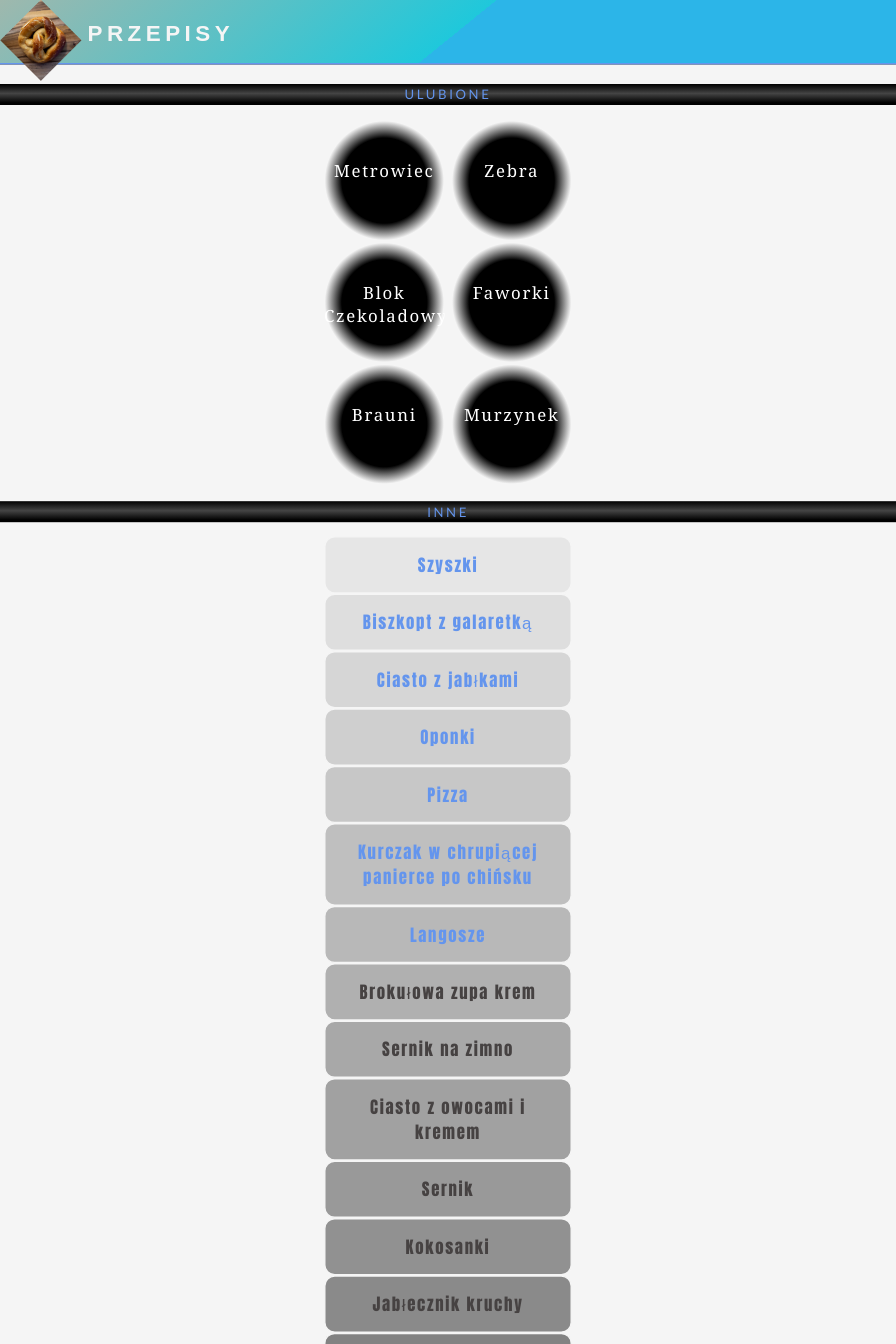
Repository: yaoayh/przepisy
Page: index.html
An editor plug-in stored every save of this project. The page is shown before and after the next save, followed by the edit.
The browser window is 1280 px wide. The pictures show the part of the page from y = 0 to 1920 px (the page is 3147 px tall), at 70% of full size.

Above is the page before, as saved 2020-08-14 01:12:25.

After the next save:
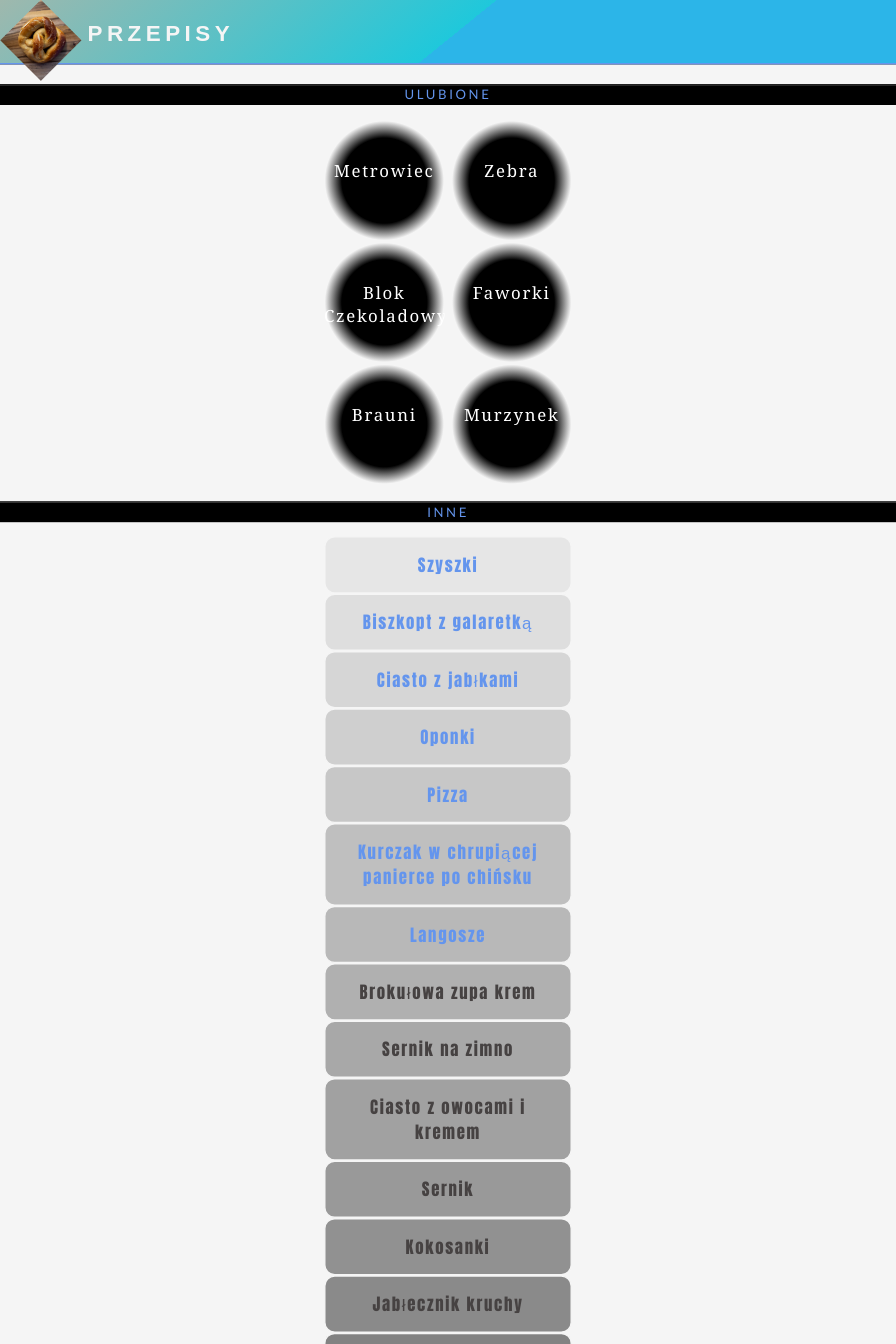
Saved 5 s later.
--- a/css/styles.css
+++ b/css/styles.css
@@ -44,7 +44,7 @@
     background-color: whitesmoke;
     padding: 5px;}
 .info_Nr1, .info_Nr2{
-    background-image: linear-gradient( black,rgb(68, 68, 68),black 90%);
+    background-image: linear-gradient( black,rgb(68, 68, 68),black 10%);
     border: 12px 12px 12px 12px;
     border-color: black;
     border-style: single;

After the save that followed:
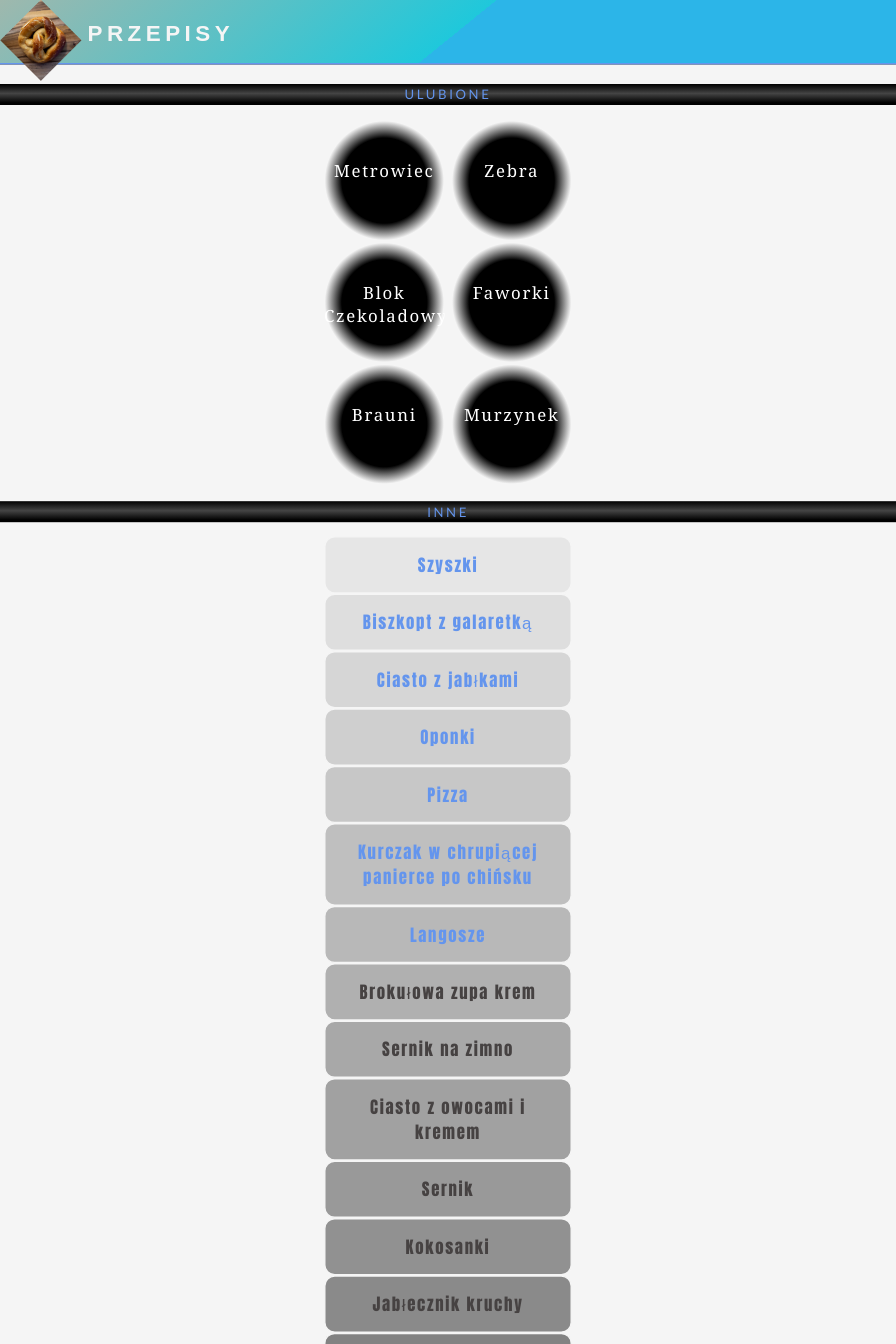
Saved 7 s later.
--- a/css/styles.css
+++ b/css/styles.css
@@ -44,7 +44,7 @@
     background-color: whitesmoke;
     padding: 5px;}
 .info_Nr1, .info_Nr2{
-    background-image: linear-gradient( black,rgb(68, 68, 68),black 10%);
+    background-image: linear-gradient( black,rgb(68, 68, 68),black 90%);
     border: 12px 12px 12px 12px;
     border-color: black;
     border-style: single;
